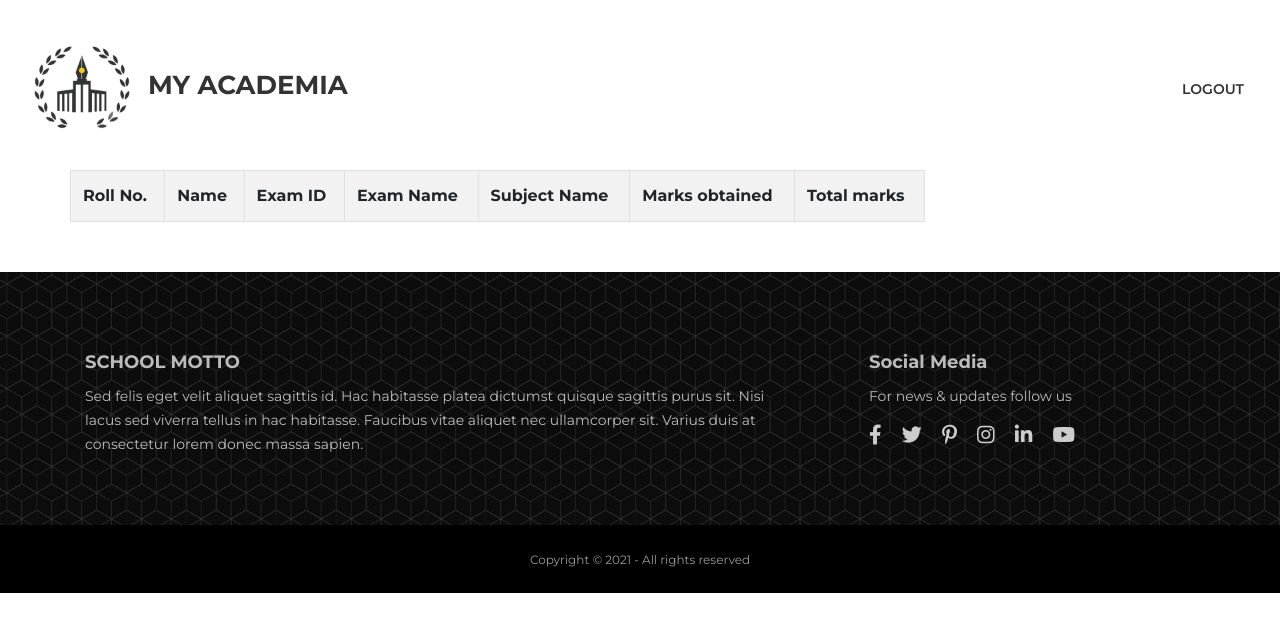
Repository: SaxenaAbhay/DBMS2023
Page: http://localhost/score
These files come from the project's save history. The page is drawn as it stood at one moment and after the next save; the edit follows.
The browser window is 1280 px wide. The pictures show the whole page.
The page is this project's Thymeleaf template; nobody is signed in. The template is opened directly, without the code that normally fills it, so the values that code supplies are empty.

Above is the page before, as saved 2023-10-21 16:36:51.

### school-managment-system/src/main/resources/templates/score.html
<!DOCTYPE html>
<html lang="en">
    <head>
        <meta charset="utf-8">
        <meta name="viewport" content="width=device-width, initial-scale=1, shrink-to-fit=no">

        <!-- SEO Meta Tags -->
        <meta name="description" content="My Academia">
        <meta name="keywords" content="school website, responsive">
        <meta name="author" content="Yashwini Bansal">

        <!-- Website Title -->
        <title>My Academia</title>

        <link href="https://fonts.googleapis.com/css?family=Montserrat:400,400i,600,700,700i&display=swap" rel="stylesheet">

        <link href="css/bootstrap.css" rel="stylesheet">
        <link href="css/fontawesome-all.css" rel="stylesheet">
        <link href="css/swiper.css" rel="stylesheet">
        <link href="css/styles.css" rel="stylesheet">

        <link rel="icon" href="images/logo2.jpg">

        <!-- Scripts -->
        <script src="js/jquery.min.js" defer></script>
        <script src="js/popper.min.js" defer></script>
        <script src="js/bootstrap.min.js" defer></script>
        <script src="js/jquery.easing.min.js" defer></script>
        <script src="js/swiper.min.js" defer></script>
        <script src="js/validator.min.js" defer></script>
        <script src="js/scripts.js" defer></script>
    </head>
    <body  data-spy="scroll"  data-target=".fixed-top">

        <!-- Preloader -->
        <div class="spinner-wrapper">
            <div class="spinner">
                <div class="bounce1"></div>
                <div class="bounce2"></div>
                <div class="bounce3"></div>
            </div>
        </div>
        <!-- end of preloader -->


        <!-- Navigation -->
        <nav class="navbar navbar-expand-lg navbar-dark navbar-custom fixed-top">

            <!-- Logo -->
            <a class="navbar-brand logo-image" href="./index.html"><img src="./images/logo.jpg"></a><h3>MY ACADEMIA</h3>

            <!-- Mobile Menu Toggle Button -->
            <button class="navbar-toggler" type="button" data-toggle="collapse" data-target="#navbarsExampleDefault" aria-controls="navbarsExampleDefault" aria-expanded="false" aria-label="Toggle navigation">
                <span class="navbar-toggler-awesome fas fa-bars"></span>
                <span class="navbar-toggler-awesome fas fa-times"></span>
            </button>
            <!-- end of mobile menu toggle button -->

            <div class="collapse navbar-collapse" id="navbarsExampleDefault">
                <ul class="navbar-nav ml-auto">
                    <!--<li class="nav-item">
                        <a class="nav-link page-scroll" href="./teachers.html">PROFILE</a>
                    </li>-->
                    <li class="nav-item">
                        <a class="nav-link page-scroll" href="#">LOGOUT</a>
                    </li>
                </ul>
            </div>
        </nav>

        <div class="container">
            <div class="row">
                <table class="table table-striped table-bordered table-hover table-condensed col-md-9">
                <tr>
                    <th>Roll No.</th>
                    <th>Name</th>
                    <th>Exam ID</th>
                    <th>Exam Name</th>
                    <th>Subject Name</th>
                    <th>Marks obtained</th>
                    <th>Total marks</th>
                </tr>
                <!--<tr>
                    <td>1</td>
                    <td>...</td>
                    <td>...</td>
                    <td>...</td>
                    <td>...</td>
                    <td>...</td>
                    <td>...</td>
                </tr>
                <tr>
                    <td>2</td>
                    <td>...</td>
                    <td>...</td>
                    <td>...</td>
                    <td>...</td>
                    <td>...</td>
                    <td>...</td>
                </tr>
                <tr>
                    <td>3</td>
                    <td>...</td>
                    <td>...</td>
                    <td>...</td>
                    <td>...</td>
                    <td>...</td>
                    <td>...</td>
                </tr>
                <tr>
                    <td>4</td>
                    <td>...</td>
                    <td>...</td>
                    <td>...</td>
                    <td>...</td>
                    <td>...</td>
                    <td>...</td>
                </tr>
                <tr>
                    <td>5</td>
                    <td>...</td>
                    <td>...</td>
                    <td>...</td>
                    <td>...</td>
                    <td>...</td>
                    <td>...</td>
                </tr>
                <tr>
                    <td>6</td>
                    <td>...</td>
                    <td>...</td>
                    <td>...</td>
                    <td>...</td>
                    <td>...</td>
                    <td>...</td>
                </tr>
                <tr>
                    <td>7</td>
                    <td>...</td>
                    <td>...</td>
                    <td>...</td>
                    <td>...</td>
                    <td>...</td>
                    <td>...</td>
                </tr>-->
                </table>

                <!--<form class="col-md-3 teach-form">
                    <div class="form-group">
                    <label>Roll No.</label>
                    <input type="text" class="form-control">
                    </div>

                    <div class="form-group">
                    <label>Subject</label>
                    <select class="form-control">
                        <option value="english">English</option>
                        <option value="hindi">Hindi</option>
                        <option value="maths">Maths</option>
                        <option value="science">Science</option>
                        <option value="computer">Computer</option>
                    </select>
                    </div>

                    <div class="form-group">
                        <label>Marks</label>
                        <input type="email" class="form-control" placeholder="Add marks">
                    </div>

                    <button type="submit" class="btn btn-default btn-primary">Submit</button>
                </form>-->
            </div>
          </div>

        <!-- Footer -->
        <div class="footer">
            <div class="container">
                <div class="row">
                    <div class="col-md-8">
                        <div class="footer-col first">
                            <h5>SCHOOL MOTTO</h5>
                            <p class="p-small">Sed felis eget velit aliquet sagittis id. Hac habitasse platea dictumst quisque sagittis purus sit. Nisi lacus sed viverra tellus in hac habitasse. Faucibus vitae aliquet nec ullamcorper sit. Varius duis at consectetur lorem donec massa sapien.</p>
                        </div>
                    </div> <!-- end of col -->
                    <div class="col-md-4">
                        <div class="footer-col fourth">
                            <h5>Social Media</h5>
                            <p class="p-small">For news & updates follow us</p>
                            <a href="#your-link">
                                <i class="fab fa-facebook-f"></i>
                            </a>
                            <a href="#your-link">
                                <i class="fab fa-twitter"></i>
                            </a>
                            <a href="#your-link">
                                <i class="fab fa-pinterest-p"></i>
                            </a>
                            <a href="#your-link">
                                <i class="fab fa-instagram"></i>
                            </a>
                            <a href="#your-link">
                                <i class="fab fa-linkedin-in"></i>
                            </a>
                            <a href="#your-link">
                                <i class="fab fa-youtube"></i>
                            </a>
                        </div>
                    </div> <!-- end of col -->
                </div> <!-- end of row -->
            </div> <!-- end of container -->
        </div> <!-- end of footer -->
        <!-- end of footer -->


        <!-- Copyright -->
        <div class="copyright">
            <div class="container">
                <div class="row">
                    <div class="col-lg-12">
                        <p class="p-small">Copyright © 2021 - All rights reserved</p>
                    </div> <!-- end of col -->
                </div> <!-- enf of row -->
            </div> <!-- end of container -->
        </div> <!-- end of copyright -->
        <!-- end of copyright -->
    </body>
</html>

Loaded but not shown: school-managment-system/src/main/resources/static/css/bootstrap.css (library); school-managment-system/src/main/resources/static/css/fontawesome-all.css (library); school-managment-system/src/main/resources/static/css/swiper.css (library); school-managment-system/src/main/resources/static/js/jquery.min.js (library); school-managment-system/src/main/resources/static/js/popper.min.js (library); school-managment-system/src/main/resources/static/js/bootstrap.min.js (library); school-managment-system/src/main/resources/static/js/jquery.easing.min.js (library); school-managment-system/src/main/resources/static/js/swiper.min.js (library); school-managment-system/src/main/resources/static/js/validator.min.js (library); school-managment-system/src/main/resources/static/js/scripts.js (177 lines, source omitted); school-managment-system/src/main/resources/static/css/styles.css (1735 lines, source omitted)

After the next save:
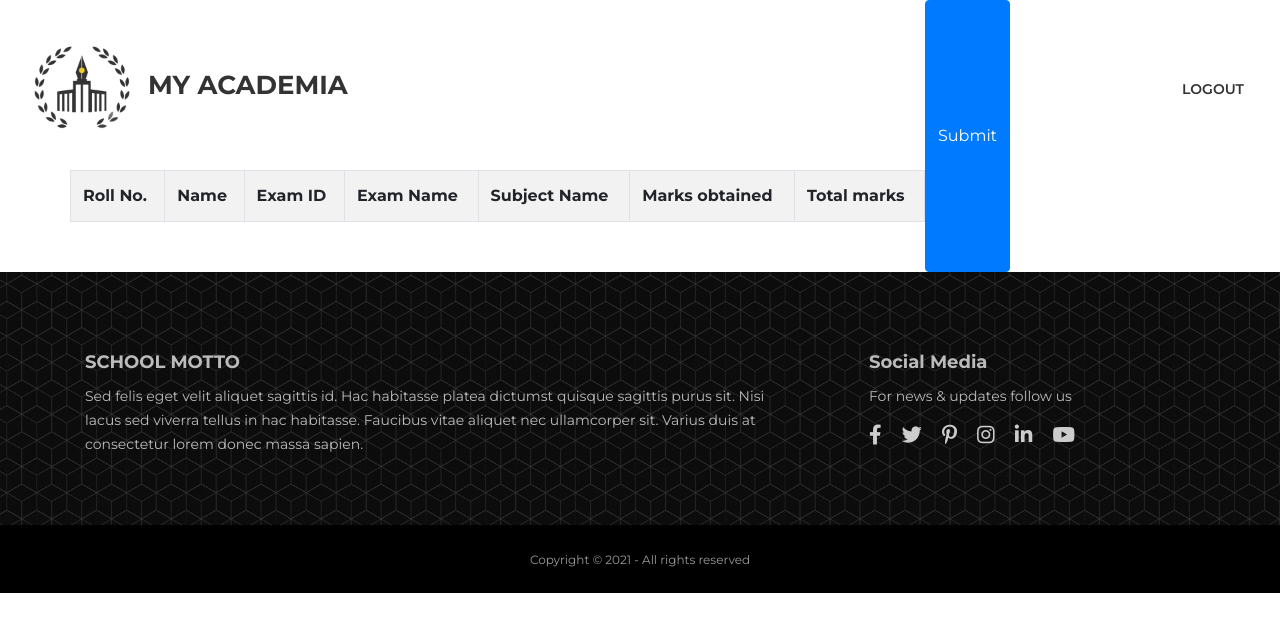
Saved 2 min 54 s later.
--- a/school-managment-system/src/main/resources/templates/score.html
+++ b/school-managment-system/src/main/resources/templates/score.html
@@ -167,8 +167,9 @@
                         <input type="email" class="form-control" placeholder="Add marks">
                     </div>
 
-                    <button type="submit" class="btn btn-default btn-primary">Submit</button>
+
                 </form>-->
+                <button type="submit" class="btn btn-default btn-primary">Submit</button>
             </div>
           </div>
 
